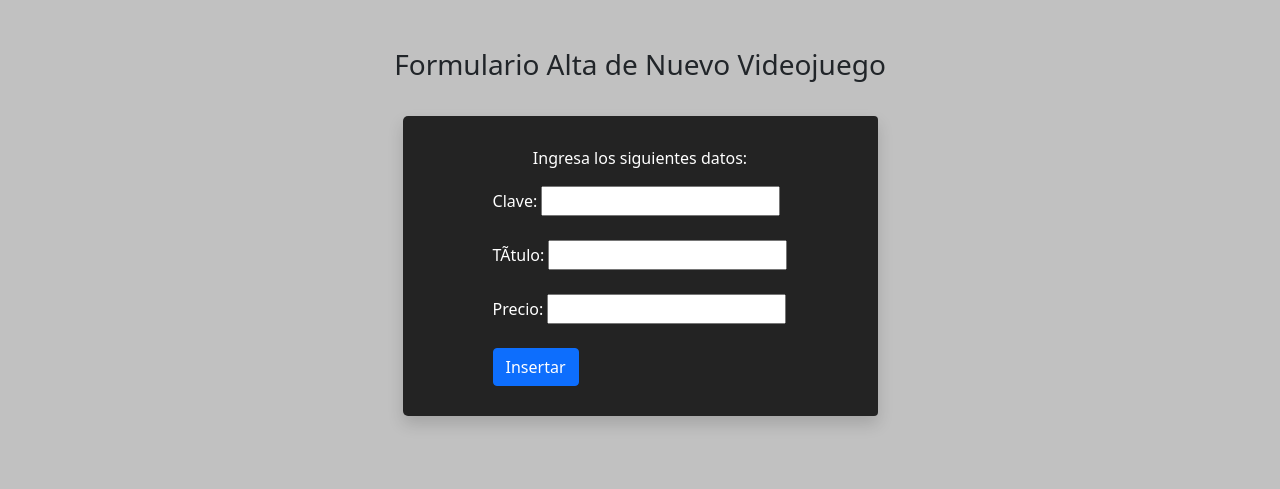
Repository: Jatziri16/JavaEE
Page: http://localhost/TiendaVideojuegos/FormularioInsertarVideojuego.jsp
These files come from the project's save history. The page is drawn as it stood at one moment and after the next save; the edit follows.
The browser window is 1280 px wide. The pictures show the whole page.
The page is served by Tomcat 9. Other server files are loaded and not shown.

Above is the page before, as saved 2023-12-06 03:30:01.

### TiendaVideojuegos/src/main/webapp/FormularioInsertarVideojuego.jsp
<!DOCTYPE html>
<html>
<head>
	<meta charset="UTF-8">
	<title>Formulario Alta Videojuego</title>
	<link rel=stylesheet href="css/style.css" type="text/css">
	<!-- Bootstrap -->
 		<link href="https://cdn.jsdelivr.net/npm/bootstrap@5.1.3/dist/css/bootstrap.min.css" rel="stylesheet" integrity="sha384-1BmE4kWBq78iYhFldvKuhfTAU6auU8tT94WrHftjDbrCEXSU1oBoqyl2QvZ6jIW3" crossorigin="anonymous">
	<script type="text/javascript" src="js/validaciones_vid.js"></script>
</head>
<!-- <body>
	<h1>Formulario Alta de nuevo Videojuego</h1>
	<form>
		Clave:
		<input type="text" name="cve"><br><br>
		Título:
		<input type="text" name="titulo"><br><br>
		Precio:
		<input type="text" name="precio"><br><br>
		<input type="button" value="insertar"><br><br>
	</form>
</body> -->
<body style='background-color: rgba(50, 50, 50, 0.3);'>
		<div id="fondo">
			<h3 class="text-center mt-5 mb-1">Formulario Alta de Nuevo Videojuego</h3>
			<div class="container rounded-3 contenedor">
				<div class="row align-items-stretch justify-content-center">
					<div class="login-container  col-7 col-sm-6 col-md-5 col-xl-5 rounded-end shadow">
						<p class="text-center">Ingresa los siguientes datos:</p>
						<div class="centrar">
							<!-- FORM -->
							<form>
								Clave:
								<input type="text" name="cve" id="clave"><br><br>
								Título:
								<input type="text" name="titulo" id="titulo"><br><br>
								Precio:
								<input type="text" name="precio" id="precio"><br><br>
								<button class="btn btn-primary" onclick="validarForms()" type="button">Insertar</button>
							</form>
						</div>
					</div>
				</div>
			</div>
		</div>
	</body>
</html>

### TiendaVideojuegos/src/main/webapp/css/style.css
body
{
	background-color: gray;
}
h1
{
	text-align: center;
}
.contenedor {
    padding: 30px 0;
}

.centrar
{
display: flex;
  justify-content: center;
    /* margin: 0 auto; */
}
.centrar-2
{
	margin: 0 auto;
}
.invalido {
	margin-top: 5px;
    font-size: 80%;
}

.login-container {
    /* background-image: linear-gradient(rgba(0, 0, 0, 0.5), rgba(0, 0, 0, 0.5)), url(../../../../assets/imgs/login-bg.png); */
    background-size: cover;
    background-color: rgba(20, 20, 20, 0.908);
	border-radius: 5px;
    padding: 30px 50px;
    color: white;
}
.warning-container
{
	background-size: cover;
    background-color: red;
	border-radius: 5px;
    padding: 30px 50px;
    color: white;
}
.button {
  background-color: transparent; /* Green */
  border: none;
  padding: 5px 0;
  width: 100%;
  text-align: center;
  text-decoration: none;
  display: inline-block;
  font-size: 16px;
  margin: 4px 2px;
  transition-duration: 0.4s;
  cursor: pointer;
  border-radius: 8px;
}

.btn-insertar {
  color: white;
  border: 2px solid #4CAF50;
}
.btn-actualizar {
  color: white;
  border: 2px solid #db752d;
}
.btn-cancelar {
  color: white;
  border: 2px solid #474747;
}

.btn-insertar:hover {
  background-color: #4CAF50;
  color: white;
}
.btn-actualizar:hover {
  background-color: #db752d;
  color: white;
}
.btn-cancelar:hover {
  background-color: #474747;
  color: white;
}

/*input {
	border: 1px solid red;
}*/

### TiendaVideojuegos/src/main/webapp/js/validaciones_vid.js
function validarForms()
{
	console.log("ENTRO A validarForms()")
	let clave = document.getElementById("clave").value;
	let titulo = document.getElementById("titulo").value;
	let precio = document.getElementById("precio").value;

	if(clave == "" || titulo == "" || precio == "") {
		setWarnsMsj();
	}
	else
	{
		alert("\ntitulo = "+titulo+"\nprecio = "+precio+"\nclave = "+clave)
	}
}

function setWarnsMsj()
{
    alert("Todos los campos son obligatorios")
}

After the next save:
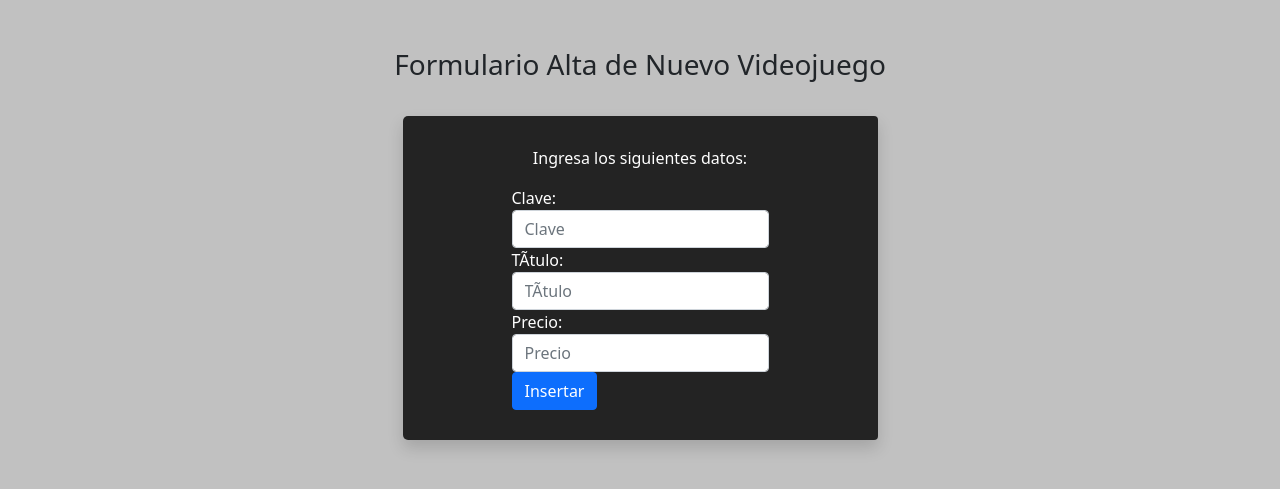
Saved 2 min 25 s later.
--- a/TiendaVideojuegos/src/main/webapp/FormularioInsertarVideojuego.jsp
+++ b/TiendaVideojuegos/src/main/webapp/FormularioInsertarVideojuego.jsp
@@ -31,11 +31,13 @@
 							<!-- FORM -->
 							<form>
 								Clave:
-								<input type="text" name="cve" id="clave"><br><br>
+								<input class="form-control" type="text" placeholder="Clave" name="cve" id="clave">
+
 								Título:
-								<input type="text" name="titulo" id="titulo"><br><br>
+								<input class="form-control" type="text" placeholder="Título" name="titulo" id="titulo">
 								Precio:
-								<input type="text" name="precio" id="precio"><br><br>
+								<input class="form-control" type="text" placeholder="Precio" name="precio" id="precio">
+
 								<button class="btn btn-primary" onclick="validarForms()" type="button">Insertar</button>
 							</form>
 						</div>
